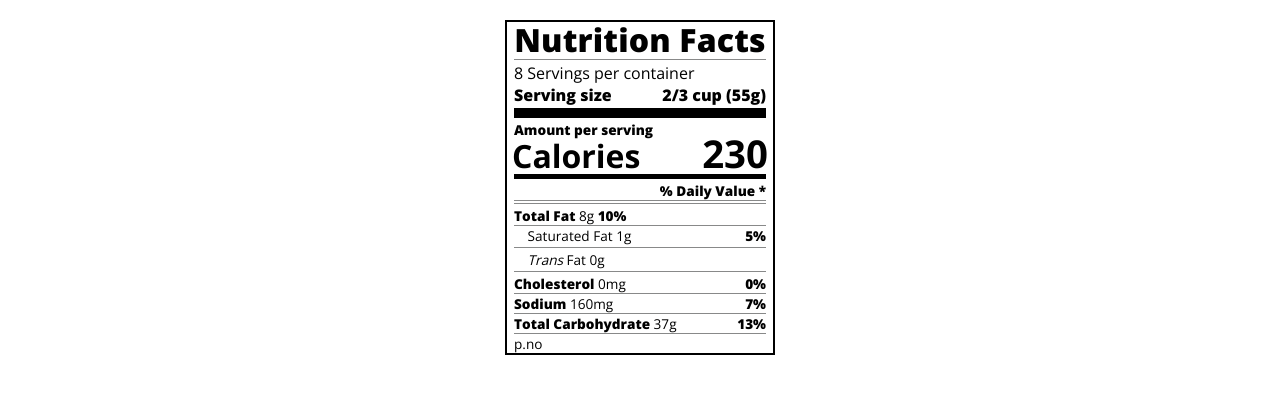
Repository: Lungdjos/typography
Page: index.html
The author's editor kept a copy of each file at every save. The page is drawn from the files as they stood at one save, then again after the next save.
The browser window is 1280 px wide. The pictures show the whole page.

Above is the page before, as saved 2023-10-28 02:29:23.

### index.html
<!DOCTYPE html>
<html lang="en">

<head>
    <meta charset="UTF-8">
    <meta name="viewport" content="width=device-width, initial-scale=1.0">
    <title>Nutrition Label</title>
    <link rel="stylesheet" href="styles.css">
    <link rel="stylesheet" href="https://fonts.googleapis.com/css?family=Open+Sans:400,700,800">
</head>

<body>
    <div class="label">
        <header>
            <h1 class="bold">Nutrition Facts</h1>
            <div class="divider"></div>
            <p>8 Servings per container</p>
            <p class="bold">Serving size <span>2/3 cup (55g)</span></p>
        </header>
        <div class="divider large"></div>
        <div class="calories-info">
            <div class="left-container">
                <h2 class="bold small-text">Amount per serving</h2>
                <p>Calories</p>
            </div>
            <span>230</span>
        </div>
        <div class="divider medium"></div>
        <div class="daily-value small-text">
            <p class="bold right">% Daily Value *</p>
            <div class="divider"></div>
            <p><span><span class="bold">Total Fat</span> 8g <span class="bold">10%</span></span>
            </p>
            <p class="indent no-divider">Saturated Fat 1g <span class="bold">5%</span></p>
            <div class="divider"></div>
            <p class="indent no-divider"><span><i>Trans</i> Fat 0g</span></p>
            <div class="divider"></div>
            <p><span><span class="bold">Cholesterol </span> 0mg</span> <span class="bold">0%</span></p>
            <p><span><span class="bold">Sodium</span> 160mg</span> <span class="bold">7%</span></p>
            <p><span><span class="bold">Total Carbohydrate</span> 37g</span> <span class="bold">13%</span></p>
            p.no
        </div>
    </div>

</body>

</html>

### styles.css
body {
    font-family: "Open Sans", sans-serif;
}

html {
    font-size: 16px;
}

.label {
    border: 2px solid black;
    width: 270px;
    margin: 20px auto;
    padding: 0 7px;
}

* {
    box-sizing: border-box;
}

header h1 {
    text-align: center;
    margin: -4px 0;
    letter-spacing: .15PX;
}

p {
    margin: 0;
    display: flex;
    justify-content: space-between;
}

.divider {
    border-bottom: 1px solid #888989;
    margin: 2px 0;
}

.bold {
    font-weight: 800;
}

.large {
    height: 10px;
}

.large,
.medium {
    background-color: black;
    border: 0;
}

.small-text {
    font-size: .85rem;
}

.calories-info h2 {
    margin: 0;
}

.calories-info {
    display: flex;
    justify-content: space-between;
    align-items: flex-end;
}

.left-container p {
    margin: -5px -2px;
    font-size: 2em;
    font-weight: 700;
}

.calories-info span {
    font-size: 2.4em;
    font-weight: 700;
    margin: -7px -2px;
}

.medium {
    height: 5px;
}

.right {
    justify-content: flex-end;
}

.indent {
    margin-left: 1em;
}

.daily-value p:not(.no-divider) {
    border-bottom: 1px solid #888989;
}

After the next save:
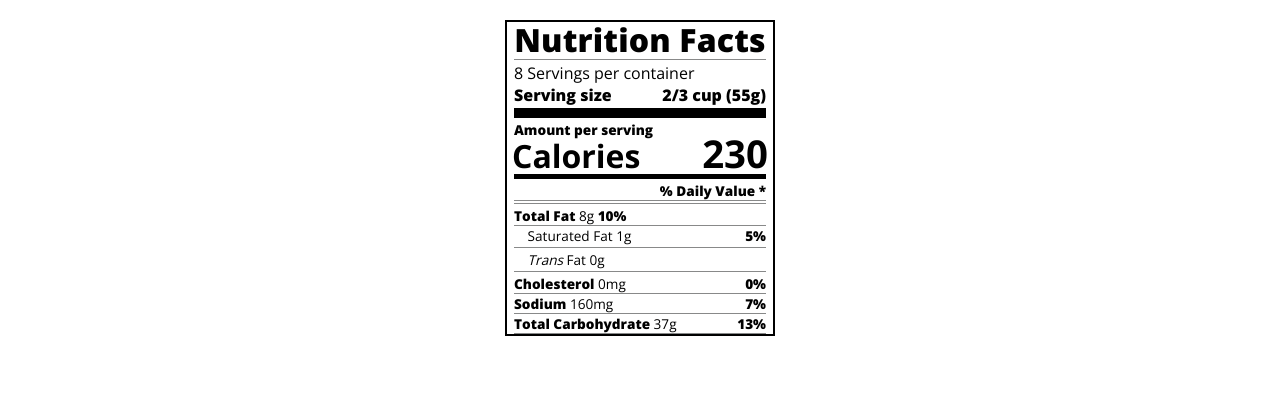
Saved 5 s later.
--- a/index.html
+++ b/index.html
@@ -38,7 +38,7 @@
             <p><span><span class="bold">Cholesterol </span> 0mg</span> <span class="bold">0%</span></p>
             <p><span><span class="bold">Sodium</span> 160mg</span> <span class="bold">7%</span></p>
             <p><span><span class="bold">Total Carbohydrate</span> 37g</span> <span class="bold">13%</span></p>
-            p.no
+            <p class="no-divider"></p>
         </div>
     </div>
 
